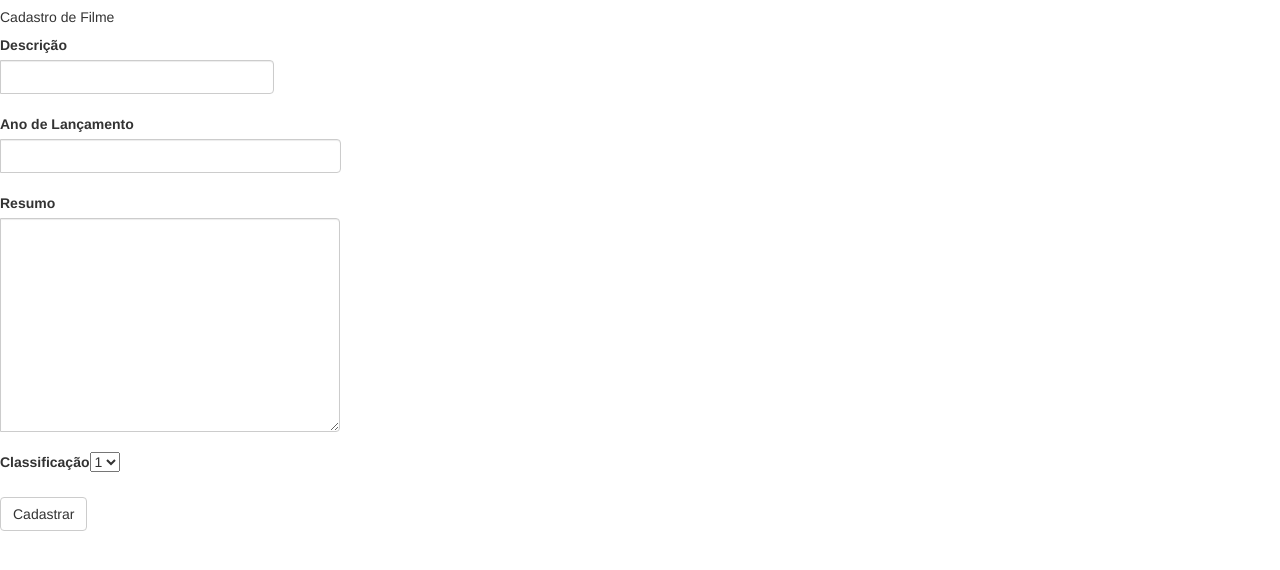
Repository: cadupedrassani/CursoDeJava
Page: Avaliação/BaseAPI/WebApp/src/main/webapp/filme/cadastro.html
An editor plug-in stored every save of this project. The page is shown before and after the next save, followed by the edit.
The browser window is 1280 px wide. The pictures show the whole page.

Above is the page before, as saved 2016-12-06 16:09:13.

### Avaliação/BaseAPI/WebApp/src/main/webapp/filme/cadastro.html
<!DOCTYPE html>
<html>
<head>
<meta charset="ISO-8859-1">
<title>Insert title here</title>
<link rel="stylesheet" href="/WebApp/resources/css/bootstrap.min.css">
</head>
<body>
<div>
	<h5>Cadastro de Filme</h5>
</div>
<div class="input-group">
	<label>Descrição</label>
	<input id="descricao-filme"
	       type="text"
	       class="form-control"></input>
</div>
</br>

<div class="input-group">
	<label>Ano de Lançamento</label>
	<input id="ano-filme"
	       type="text"
	       class="form-control"></input>
</div>
</br>

<div class="input-group">
	<label>Resumo</label>
	<textarea rows="10"
			  cols="30"
			  id="resumo-filme"
	       	  class="form-control"></textarea>
</div>
</br>

<div class="input-group">
	<label>Classificação</label>
	 <select id="classificao-filme">
 		<option value="1">1</option>
  		<option value="2">2</option>
 		<option value="3">3</option>
  		<option value="4">4</option>
  		<option value="5">5</option>
</select>
</div>
</br>

<div class="input-group">
	<button id="cadastrar"
	        type="button"
	        class="btn btn-default gold"
	        onclick="cadastrarEndereco();">Cadastrar</button>
</div>

<div id="modal-mensagens" class="modal fade" tabindex="-1" role="dialog">
	<div class="modal-dialog" role="document">
		<div class="modal-content">
			<div class="modal-header">
				<h5 id="modal-title" class="modal-title"></h5>
			</div>
			<div class="modal-body">
				<label id="modal-mensagem"></label>
			</div>
			<div class="modal-footer">
				<button type="button"
						class="btn btn-default gold"
						data-dismiss="modal">OK</button>
			</div>
		</div>
	</div>
</div>

<script src="/WebApp/resources/js/jquery.min.js"></script>
<script src="/WebApp/resources/js/bootstrap.min.js"></script>
<script src="/WebApp/resources/js/default.js"></script>
<script src="/WebApp/resources/js/filme.js"></script>

</body>
</html>

### Avaliação/BaseAPI/WebApp/src/main/webapp/resources/js/default.js

function abrirTelaCadastroCategoria(){
	var url = "/WebApp/categoria/cadastro.html";
	$.get(url, '', function(data){
		$('#conteudo-principal').html(data);
	})
}

function abrirTelaPesquisaCategoria(){
	var url = "/WebApp/categoria/pesquisa.html";
	$.get(url, '', function(data){
		$('#conteudo-principal').html(data)
	})
}


function abrirTelaCadastroEndereco(){
	var url = "/WebApp/endereco/cadastro.html";
	$.get(url, '', function(data){
		$('#conteudo-principal').html(data);
	})
}

function abrirTelaCadastroFilme(){
	var url = "/WebApp/filme/cadastro.html";
	$.get(url, '', function(data){
		$('#conteudo-principal').html(data);
	})
}

### Avaliação/BaseAPI/WebApp/src/main/webapp/resources/js/filme.js
function cadastrarFilme(){

	var ano = $("#ano-filme").val();
	var classificacao = $("#classificacao-filme").val();
	var descricao = $("#descricao-filme").val();
	var duracao = $("#duracao-filme").val;
	var resumo = $("#resumo-filme").val();

	var filmeDTO = new Object();
	var operacao = "/ControleAPI/endereco/cadastrarFilme"

	filmeDTO.ano = ano;
	filmeDTO.classificacao = classificacao;
	filmeDTO.descricao = descricao;
	filmeDTO.duracao = duracao;
	filmeDTO.resumo = resumo;

	$.ajax({
		method: "POST",
		url: operacao,
		data: JSON.stringify(filmeDTO),
		contentType: "application/json"
	}).done(function (data){
		var mensagem = "";
		var titulo = "";
		if(data.mensagem != undefined && data.mensagem != null && data.mensagem != ''){
			titulo = "Atenção";
			mensagem = data.mensagem;
		}else{
			titulo = 'Sucesso';
			mensagem = "Filme cadastrado com sucesso.";
		}
		mostrarModal(titulo, mensagem)
	});
}

Loaded but not shown: Avaliação/BaseAPI/WebApp/src/main/webapp/resources/css/bootstrap.min.css (library); Avaliação/BaseAPI/WebApp/src/main/webapp/resources/js/jquery.min.js (library); Avaliação/BaseAPI/WebApp/src/main/webapp/resources/js/bootstrap.min.js (library)

After the next save:
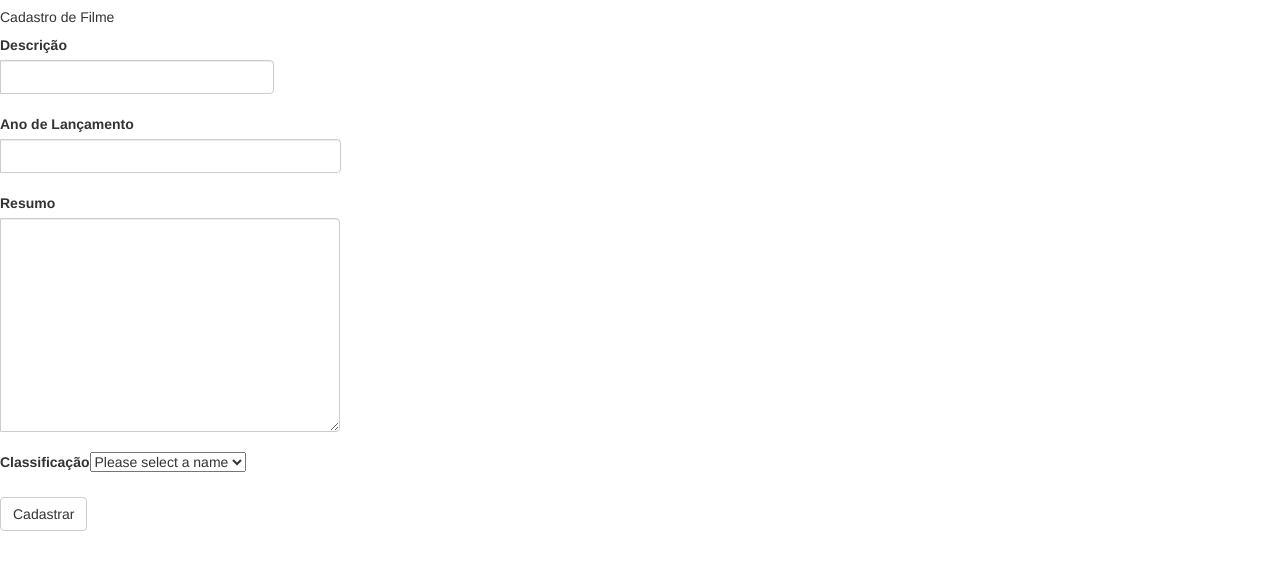
Saved 3 min 31 s later.
--- a/Avaliação/BaseAPI/WebApp/src/main/webapp/filme/cadastro.html
+++ b/Avaliação/BaseAPI/WebApp/src/main/webapp/filme/cadastro.html
@@ -36,13 +36,11 @@
 
 <div class="input-group">
 	<label>Classificação</label>
-	 <select id="classificao-filme">
- 		<option value="1">1</option>
-  		<option value="2">2</option>
- 		<option value="3">3</option>
-  		<option value="4">4</option>
-  		<option value="5">5</option>
-</select>
+		<select>
+    		<option value="" disabled="disabled" selected="selected">Please select a name</option>
+    		<option value="1">One</option>
+    		<option value="2">Two</option>
+		</select>
 </div>
 </br>
 
